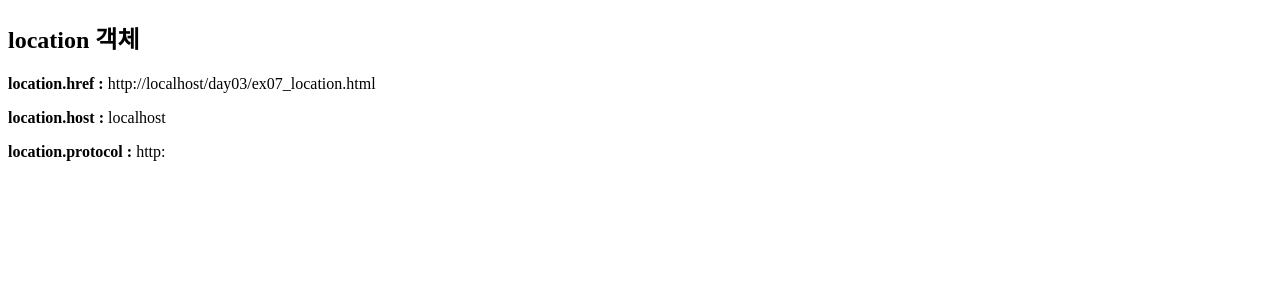
Repository: shinsil0601/webstudy
Page: 03_JavaScript/src/main/webapp/day03/ex07_location.html
The author's editor kept a copy of each file at every save. The page is drawn from the files as they stood at one save, then again after the next save.
The browser window is 1280 px wide. The pictures show the whole page.

Above is the page before, as saved 2023-06-29 04:06:38.

### 03_JavaScript/src/main/webapp/day03/ex07_location.html
<!DOCTYPE html>
<html>
<head>
<meta charset="UTF-8">
<title>location 객체</title>
</head>
<body>
	<h2>location 객체</h2>
	<div id="display">
		<script type="text/javascript">
			document.write("<p><b>location.href : </b>"+ location.href +"</p>")
			document.write("<p><b>location.host : </b>"+ location.host +"</p>")
			document.write("<p><b>location.protocol : </b>"+ location.protocol +"</p>")
		</script>
	</div>
</body>
</html>

After the next save:
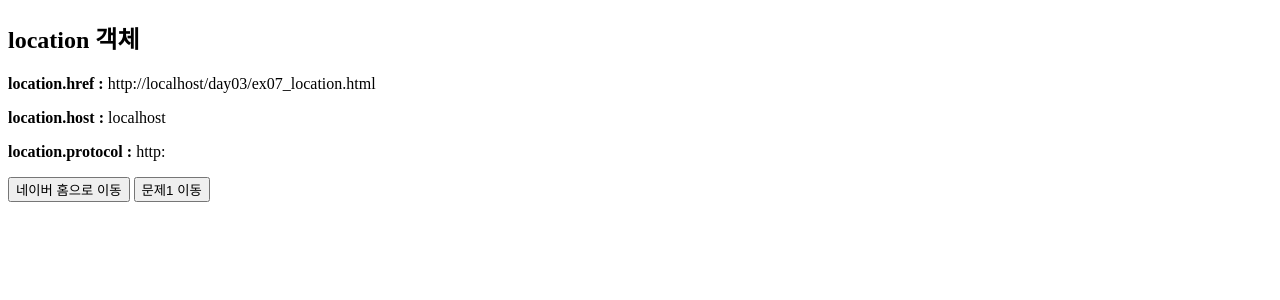
Saved 3 min 32 s later.
--- a/03_JavaScript/src/main/webapp/day03/ex07_location.html
+++ b/03_JavaScript/src/main/webapp/day03/ex07_location.html
@@ -13,5 +13,7 @@
 			document.write("<p><b>location.protocol : </b>"+ location.protocol +"</p>")
 		</script>
 	</div>
+	<button onclick="location.replace('https://www.naver.com')">네이버 홈으로 이동</button>
+	<button onclick="location.replace('ex02_date.html')">문제1 이동</button>
 </body>
 </html>
